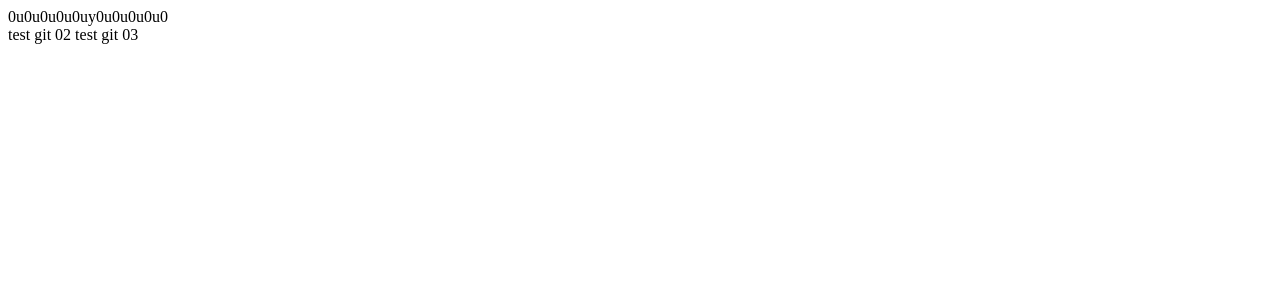
Repository: zang99/testgit
Page: gittest/WebContent/NewgitFile.html
An editor plug-in stored every save of this project. The page is shown before and after the next save, followed by the edit.
The browser window is 1280 px wide. The pictures show the whole page.

Above is the page before, as saved 2016-02-01 03:29:38.

After the next save:
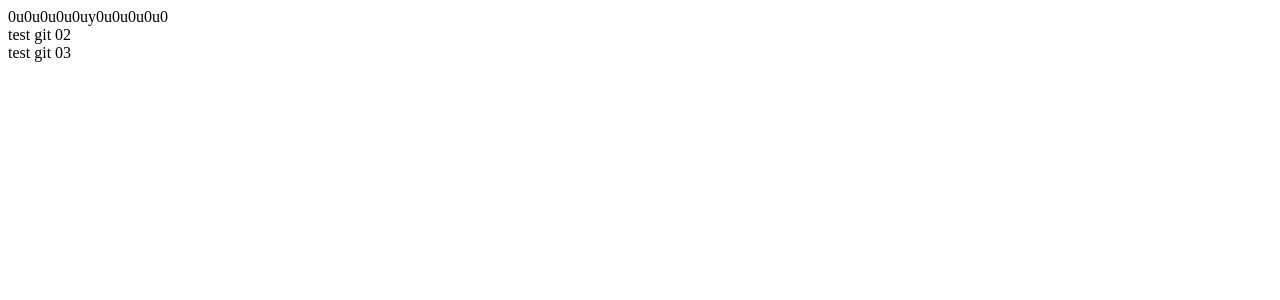
Saved 27 s later.
--- a/gittest/WebContent/NewgitFile.html
+++ b/gittest/WebContent/NewgitFile.html
@@ -6,7 +6,7 @@
 </head>
 <body>
 0u0u0u0u0uy0u0u0u0u0<br>
-test git 02
+test git 02 <br>
 test git 03
 </body>
 </html>
